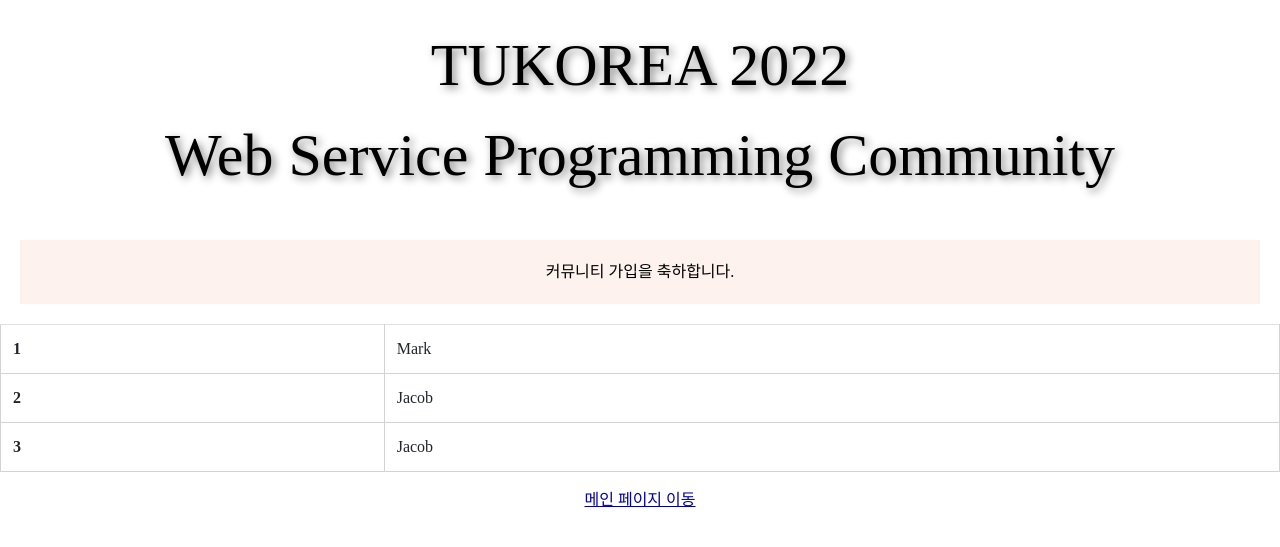
Repository: ljdongz/jsp-project
Page: http://localhost/jeongdong_reg/result.jsp
These files come from the project's save history. The page is drawn as it stood at one moment and after the next save; the edit follows.
The browser window is 1280 px wide. The pictures show the whole page.
The page is served by Tomcat 9.

Above is the page before, as saved 2022-09-27 14:08:35.

After the next save:
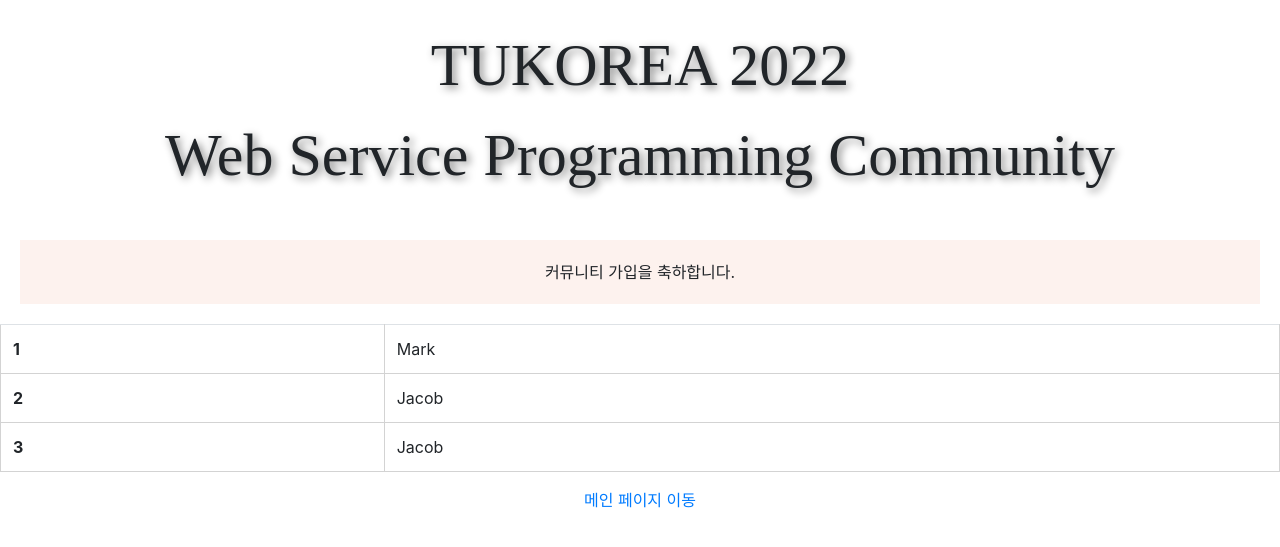
Saved 23 s later.
--- a/project1/jeongdong_reg/src/main/webapp/result.jsp
+++ b/project1/jeongdong_reg/src/main/webapp/result.jsp
@@ -5,11 +5,12 @@
 <head>
 <meta charset="UTF-8">
 <title>Result Page</title>
+<link rel="stylesheet" href="resources/register.css" type="text/css"></link>
+
 <link rel="stylesheet"
 	href="https://cdn.jsdelivr.net/npm/bootstrap@4.6.2/dist/css/bootstrap.min.css"
 	integrity="sha384-xOolHFLEh07PJGoPkLv1IbcEPTNtaed2xpHsD9ESMhqIYd0nLMwNLD69Npy4HI+N"
 	crossorigin="anonymous">
-<link rel="stylesheet" href="resources/register.css" type="text/css"></link>
 </head>
 <body>
 	<header>
